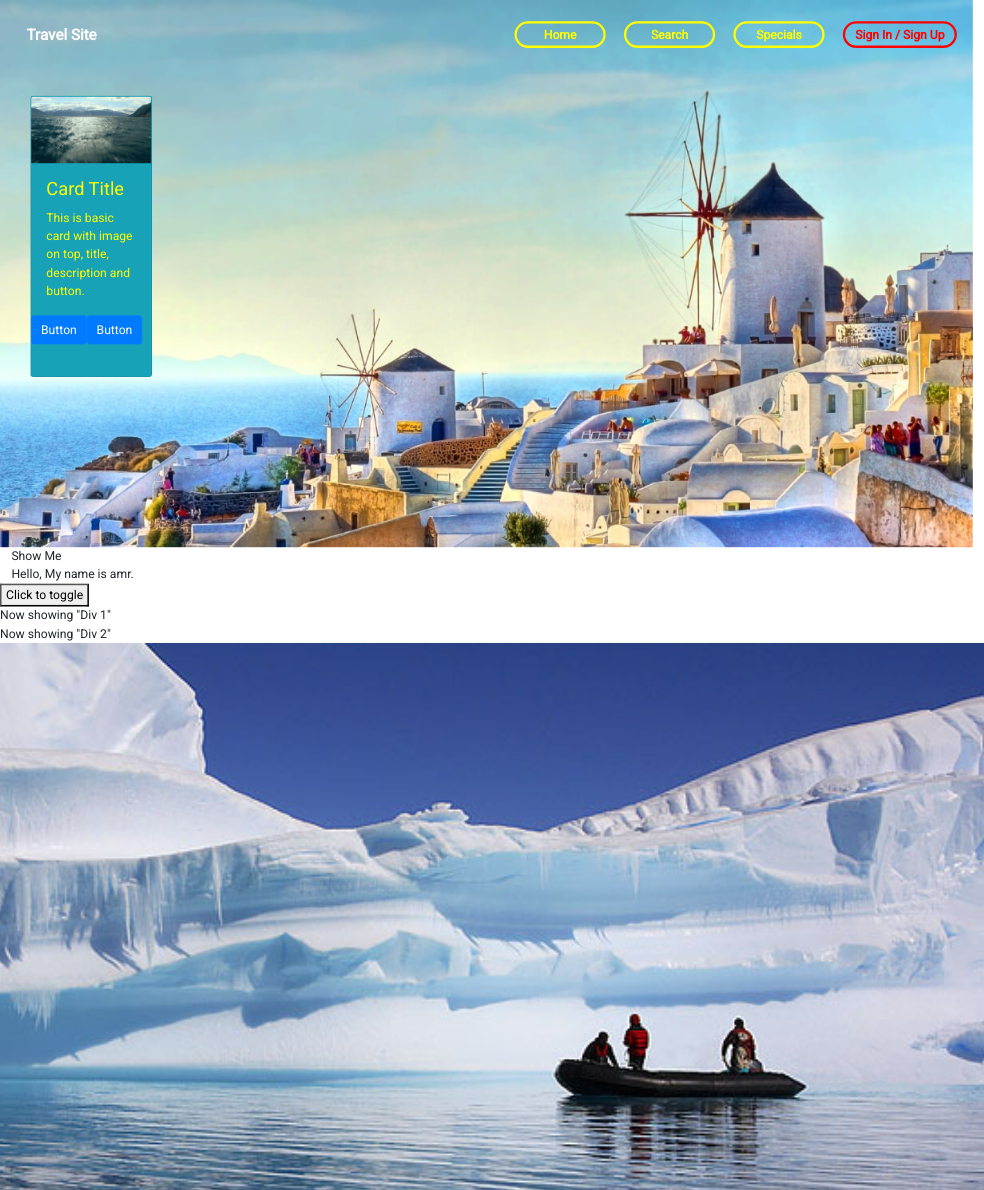
Repository: wpelizzoni/travel-site
Page: index.html
The author's editor kept a record of every edit. The page is drawn from the files as they stood at one moment, then again after the next edit.
The browser window is 1280 px wide. The page is 1295 px wide, so the pictures cover 1295 px, including what lies to the right of the window. The pictures show the whole page, at 76% of full size.

Above is the page before.

After the next edit:
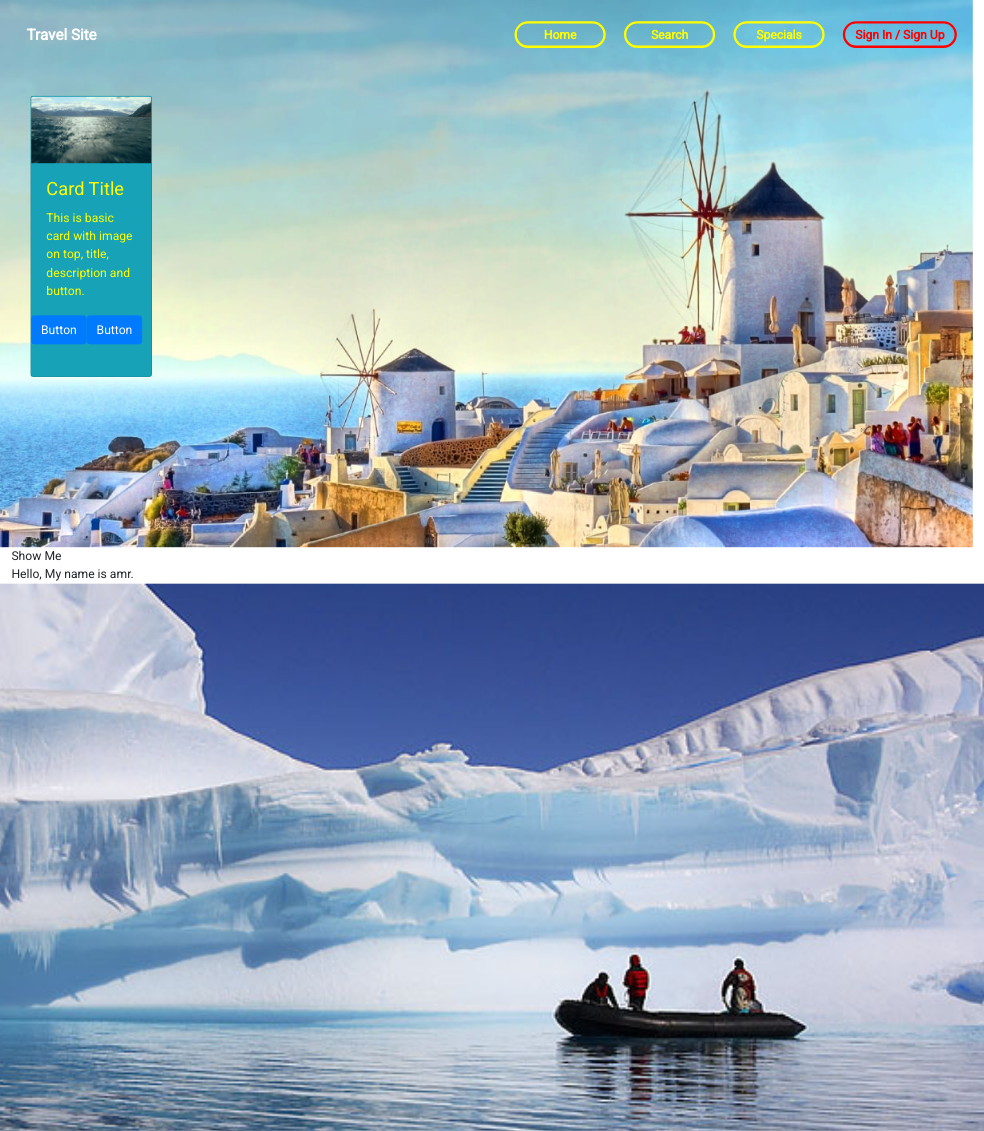
The edit:
--- a/index.html
+++ b/index.html
@@ -101,11 +101,6 @@
     </div>
     </section>
 
-    <button onclick="toggleFunction()" >Click to toggle</button>
-
-<div id="div1" class="  "  > Now showing "Div 1" </div>
-
-<div id="div2" class="  "  > Now showing "Div 2" </div>
 
     <!-- <section id="specials ">
             <div class="container specials-row ">
